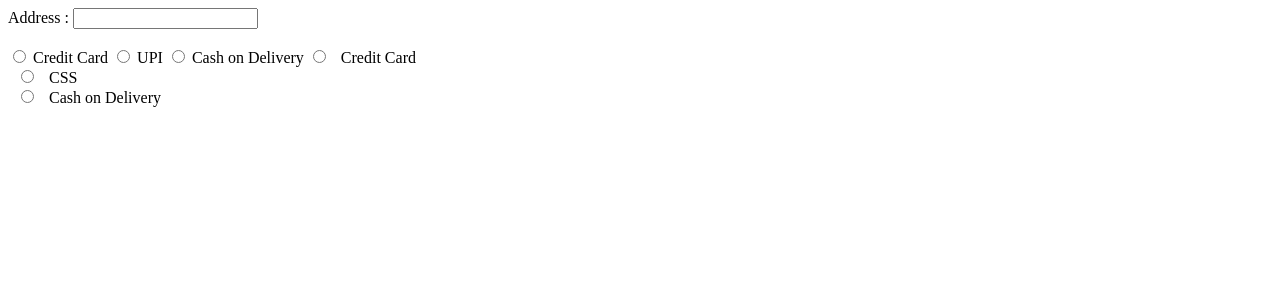
Repository: Sujith-B-S/Food-Application
Page: http://localhost/FoodApplication/checkOut.jsp
An editor plug-in stored every save of this project. The page is shown before and after the next save, followed by the edit.
The browser window is 1280 px wide. The pictures show the whole page.
The page is served by Tomcat 9. Other server files are loaded and not shown.

Above is the page before, as saved 2024-11-22 04:46:22.

### FoodApplication/src/main/webapp/checkOut.jsp
<%@ page language="java" contentType="text/html; charset=UTF-8"
    pageEncoding="UTF-8"%>
<!DOCTYPE html>
<html>
<head>
<meta charset="UTF-8">
<title>CheckOut</title>
</head>
<body>
	<form action="">
		Address : <input type = "text" name = "address"><br><br>
		<input type = "radio" id = "cc" name = "creditcard" value = "Credit Card">
		<label for = "cc">Credit Card</label>
		<input type = "radio" id = "upi" name = "upi" value = "UPI">
		<label for = "upi">UPI</label>
		<input type = "radio" id = "cash" name = "cash" value = "Cash on Delivery">
		<label for = "cash">Cash on Delivery</label>

		<input type="radio" id="cc" name="creditcard" value="Credit Card">
  <label for="html">Credit Card</label><br>
  <input type="radio" id="upi" name="Upi" value="UPI">
  <label for="upi">CSS</label><br>
  <input type="radio" id="cod" name="cash" value="Cash on Delivery">
  <label for="cod">Cash on Delivery</label>

	</form>
</body>
</html>

After the next save:
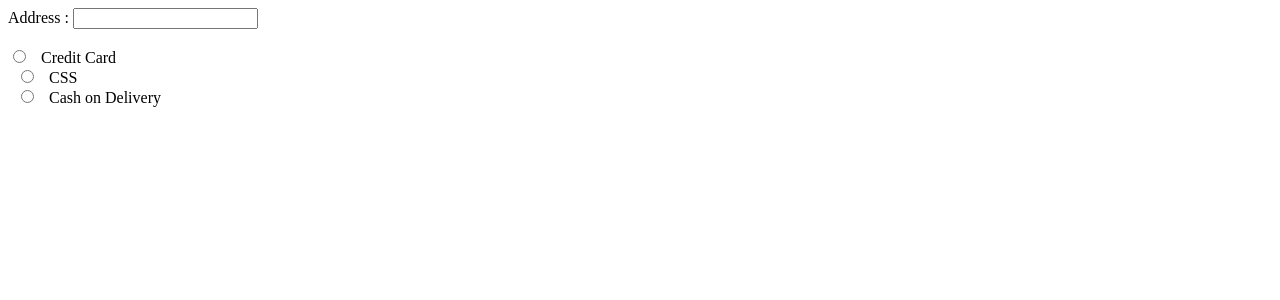
Saved 28 s later.
--- a/FoodApplication/src/main/webapp/checkOut.jsp
+++ b/FoodApplication/src/main/webapp/checkOut.jsp
@@ -9,13 +9,13 @@
 <body>
 	<form action="">
 		Address : <input type = "text" name = "address"><br><br>
-		<input type = "radio" id = "cc" name = "creditcard" value = "Credit Card">
+		<!-- <input type = "radio" id = "cc" name = "creditcard" value = "Credit Card">
 		<label for = "cc">Credit Card</label>
 		<input type = "radio" id = "upi" name = "upi" value = "UPI">
 		<label for = "upi">UPI</label>
 		<input type = "radio" id = "cash" name = "cash" value = "Cash on Delivery">
 		<label for = "cash">Cash on Delivery</label>
-
+ -->
 		<input type="radio" id="cc" name="creditcard" value="Credit Card">
   <label for="html">Credit Card</label><br>
   <input type="radio" id="upi" name="Upi" value="UPI">

After the save that followed:
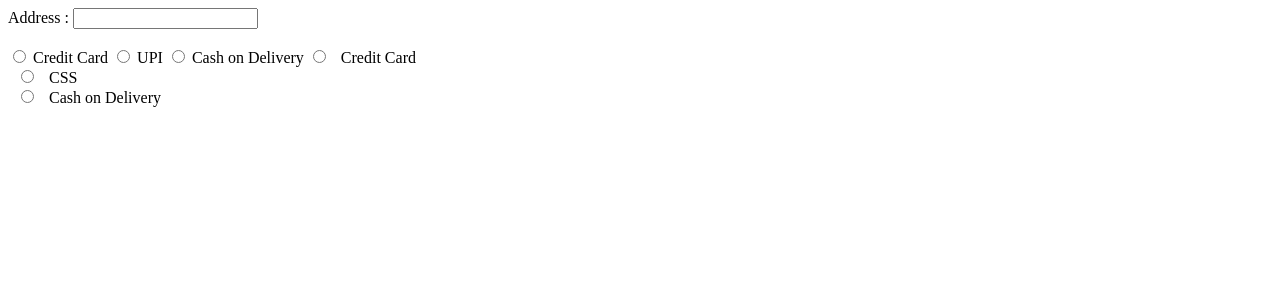
Saved 24 s later.
--- a/FoodApplication/src/main/webapp/checkOut.jsp
+++ b/FoodApplication/src/main/webapp/checkOut.jsp
@@ -9,13 +9,13 @@
 <body>
 	<form action="">
 		Address : <input type = "text" name = "address"><br><br>
-		<!-- <input type = "radio" id = "cc" name = "creditcard" value = "Credit Card">
+		<input type = "radio" id = "cc" name = "creditcard" value = "Credit Card">
 		<label for = "cc">Credit Card</label>
 		<input type = "radio" id = "upi" name = "upi" value = "UPI">
 		<label for = "upi">UPI</label>
 		<input type = "radio" id = "cash" name = "cash" value = "Cash on Delivery">
 		<label for = "cash">Cash on Delivery</label>
- -->
+
 		<input type="radio" id="cc" name="creditcard" value="Credit Card">
   <label for="html">Credit Card</label><br>
   <input type="radio" id="upi" name="Upi" value="UPI">
